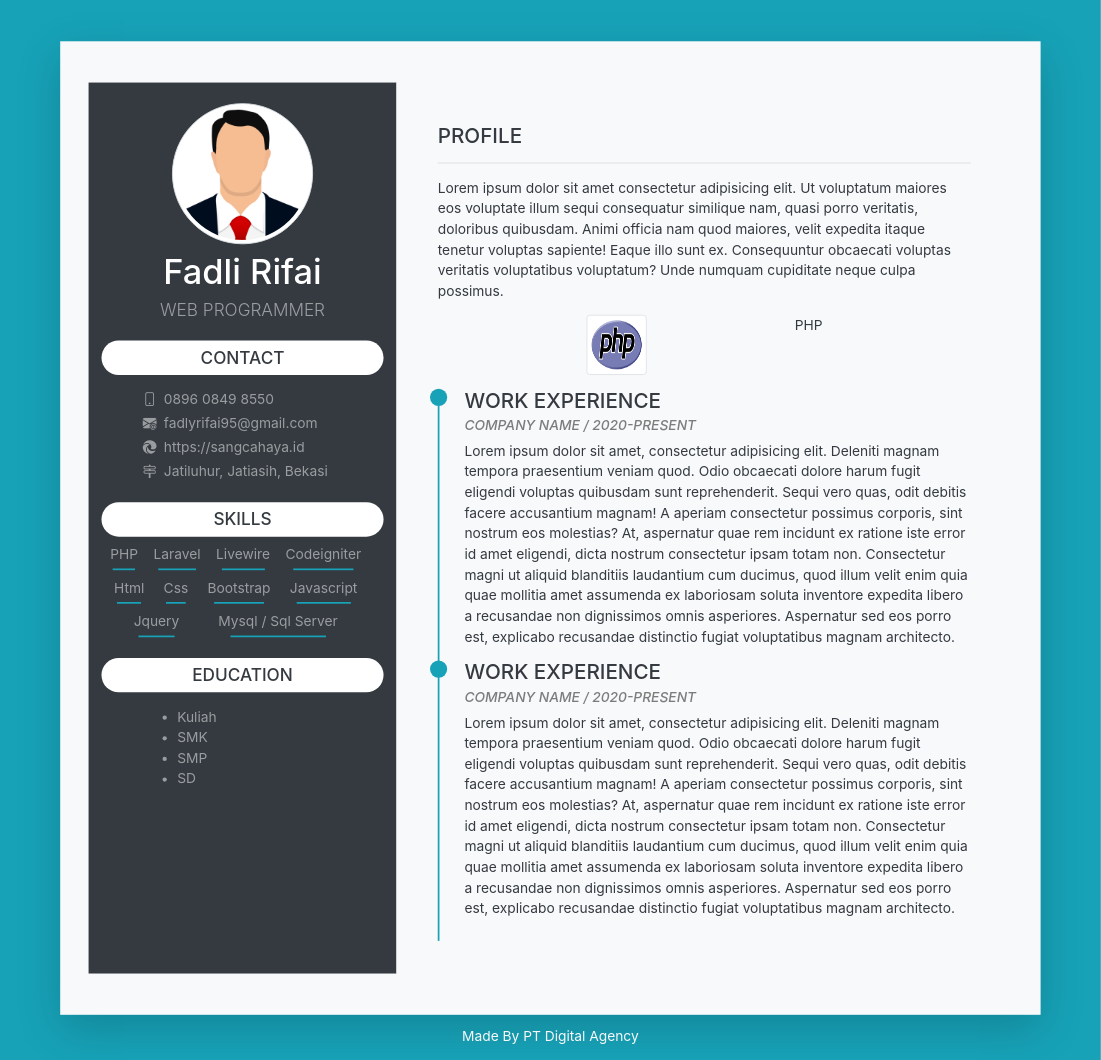
Repository: fadlyyy/fadlyyy.github.io
Page: index.html
An editor plug-in stored every save of this project. The page is shown before and after the next save, followed by the edit.
The browser window is 1280 px wide. The pictures show the whole page, at 86% of full size.

Above is the page before, as saved 2024-01-31 09:05:13.

After the next save:
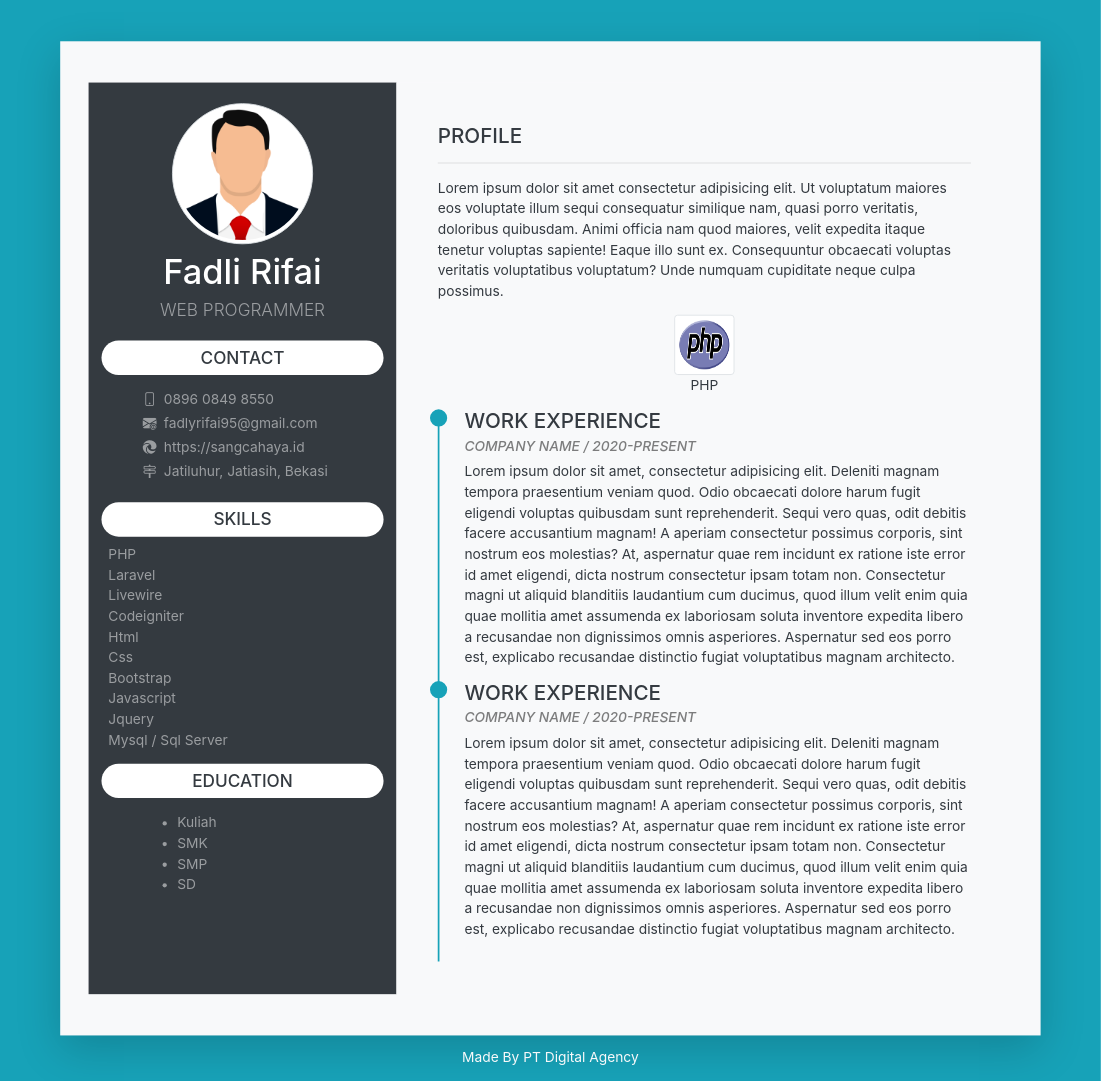
Saved 19 s later.
--- a/style.css
+++ b/style.css
@@ -5,28 +5,6 @@
 .skills .list-skills img {
     width: 70px;
     height: 70px;
-}
-
-.list-skills {
-    display: flex;
-    flex-wrap: wrap;
-    justify-content: space-evenly;
-    align-content: space-around;
-}
-
-.list-skills .list-item {
-    margin-right: 1rem;
-    padding-bottom: .5rem;
-}
-
-.list-skills .list-item::after {
-    content: '';
-    display: block;
-    background-color: #17a2b8;
-    width: 80%;
-    height: 2px;
-    margin: auto;
-    margin-top: 5px;
 }
 
 .work-experience .list-work {
